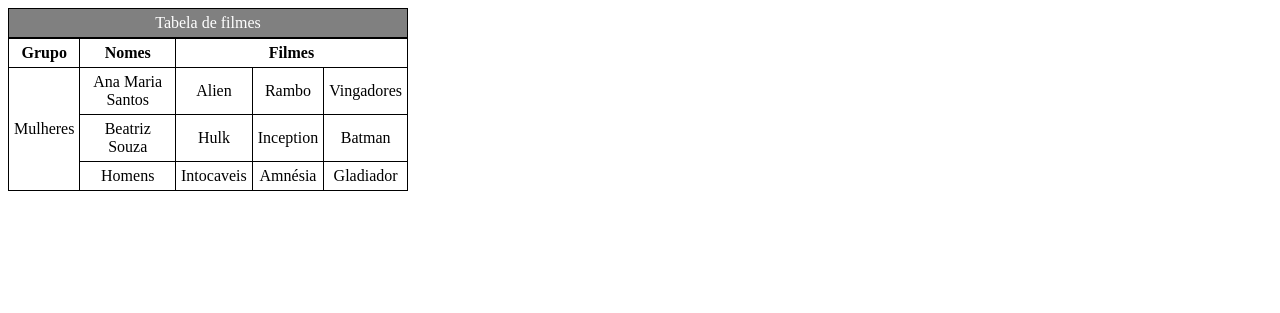
Repository: Lucianorodriguesdev/cursoHTML-CSS
Page: ex023/tabelas/index.html
An editor plug-in stored every save of this project. The page is shown before and after the next save, followed by the edit.
The browser window is 1280 px wide. The pictures show the whole page.

Above is the page before, as saved 2026-06-23 22:00:05.

### ex023/tabelas/index.html
<!DOCTYPE html>
<html lang="pt-br">
<head>
    <meta charset="UTF-8">
    <meta name="viewport" content="width=device-width, initial-scale=1.0">
    <title>Trabalhando com tabelas</title>
    <style>
        table{
            border: 1px solid black;
            width: 400px;
            border-collapse: collapse;
        }
        td,th{
            border: 1px solid black;
            padding: 5px;
            text-align: center;
        }


        caption{
             border: 1px solid black;
            padding: 5px;
            text-align: center;
            background-color: gray;
            color: white;
        }
    </style>
</head>
<body>
    <table>
        <caption>Tabela de filmes</caption>
        <thead>
            <tr>
                <th>Grupo</th>
                <th>Nomes</th>
                <th colspan="3">Filmes</th>
            </tr>
        </thead>
        <tbody>
            <tr>
                <td rowspan="3">Mulheres</td>
                <td>Ana Maria Santos</td>
                <td>Alien</td>
                <td>Rambo</td>
                <td>Vingadores</td>
            </tr>
            <tr>
                <td>Beatriz Souza </td>
                <td>Hulk</td>
                <td>Inception</td>
                <td>Batman</td>
            </tr>
            <tr>
                <td rowspan="3">Homens</td>
                <td>Intocaveis</td>
                <td>Amnésia</td>
                <td>Gladiador</td>

            </tr>
        </tbody>
    </table>

</body>
</html>

After the next save:
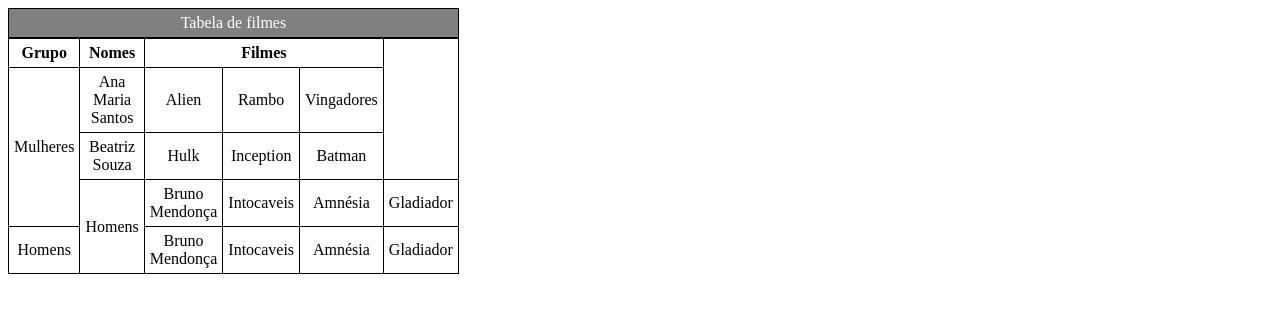
Saved 31 s later.
--- a/ex023/tabelas/index.html
+++ b/ex023/tabelas/index.html
@@ -52,6 +52,15 @@
             </tr>
             <tr>
                 <td rowspan="3">Homens</td>
+                <td>Bruno Mendonça</td>
+                <td>Intocaveis</td>
+                <td>Amnésia</td>
+                <td>Gladiador</td>
+
+            </tr>
+            <tr>
+                <td rowspan="3">Homens</td>
+                <td>Bruno Mendonça</td>
                 <td>Intocaveis</td>
                 <td>Amnésia</td>
                 <td>Gladiador</td>
